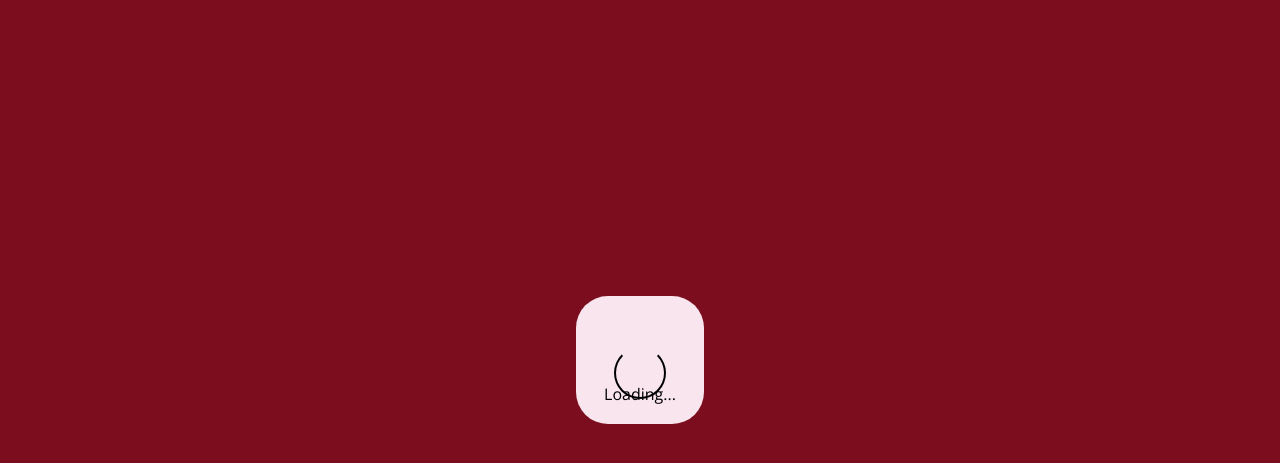
Repository: EguJaredoBoyd/Jared-Quote-Generator
Page: index.html
The author's editor kept a copy of each file at every save. The page is drawn from the files as they stood at one save, then again after the next save.
The browser window is 1280 px wide. The pictures show the whole page.
Some web libraries are served in a nearby version.

Above is the page before, as saved 2026-01-13 00:31:59.

### index.html
<!DOCTYPE html>
<html lang="en">
  <head>
    <meta charset="UTF-8" />
    <meta name="viewport" content="width=device-width, initial-scale=1.0" />
    <link rel="stylesheet" href="../css/style.css" />
    <link
      href="https://cdn.jsdelivr.net/npm/remixicon@4.8.0/fonts/remixicon.css"
      rel="stylesheet"
    />
    <link rel="preconnect" href="https://fonts.googleapis.com" />
    <link rel="preconnect" href="https://fonts.gstatic.com" crossorigin />
    <link
      href="https://fonts.googleapis.com/css2?family=Open+Sans:ital,wght@0,300..800;1,300..800&display=swap"
      rel="stylesheet"
    />
    <title>Document</title>
  </head>
  <body>
    <div class="loading-container">
      <main class="loading-wrapper">
        <div></div>
        <p>Loading...</p>
      </main>
    </div>
  </body>
</html>

### css/style.css
* {
  margin: 0;
  padding: 0;
  box-sizing: border-box;

  /* outline: 1px solid blue; */
}

:root {
  --background-color: #7b0d1e;
  --card-color: #f8e5ee;
  --text-color: black;
  --button-color: #7b0d1e;
}

html {
  font-size: 16px;
}

.lighter-theme {
  --background-color: #f8e5ee;
  --card-color: #7b0d1e;
  --text-color: whitesmoke;
  --button-color: #f8e5ee;
}

/* Loading Page Styles */
.loading-container {
  display: flex;
  justify-content: center;
  align-items: center;
  height: 100vh;
}

.loading-wrapper {
  display: flex;
  flex-direction: column;
  align-items: center;
  justify-content: center;
  row-gap: 1rem;
  height: 8rem;
  width: 8rem;
  border-radius: 2rem;
  background-color: var(--card-color);
  color: var(--text-color);
}

.loading-wrapper div {
  height: 2rem;
  width: 2rem;
  border: 2px solid var(--text-color);
  padding: 1.5rem;
  border-radius: 50%;
  border-top: 2px solid transparent;
  transform: translateY(2rem);
  /* transition: transfrom 2s linear infinite; */
}

@keyframes rotate {
  0% {
    transform: rotate(0deg);
  }
  100% {
    transform: rotate(360deg);
  }
}

body {
  font-family: "Open Sans", sans-serif;
  background-color: var(--background-color);
  color: var(--text-color);
}

.container {
  height: 100vh;
  display: flex;
  flex-direction: column;
  justify-content: space-between;
  align-items: center;
}

header {
  display: flex;
  justify-content: flex-end;
  width: 100%;
}

header button {
  border: none;
  background: none;
  color: var(--card-color);
  font-size: larger;
  padding: 0.5rem;
}

.quote-container {
  display: flex;
  flex-direction: column;
  justify-content: space-evenly;
  align-items: center;
  height: 60vh;
  width: 100vw;
  max-width: 90vw;
  background-color: var(--card-color);
  border-radius: 1rem;
  position: relative;
}

.copy-alert {
  opacity: 0;
  top: 0;
  transform: translateY(0);
  position: absolute;
  font-size: 0.85rem;
  pointer-events: none;
  transition: all 0.3s ease;
}

.show {
  opacity: 1;
  transform: translateY(1rem);
}

.quote-container__copy {
  align-self: self-end;
  padding-right: 1rem;
}

.quote-container__copy button {
  background-color: var(--button-color);
  color: var(--card-color);
  border: none;
  border-radius: 1rem;
  padding: 0.2rem;
}

.quote-container__quotes {
  max-width: 100%;
  max-height: 100%;
}

.quote-container__quotes h3 {
  text-align: center;
}

.quote-container__quotes p {
  max-width: 100%;
  max-height: 40vh;
  overflow-y: auto;
  padding: 1rem 2rem;
  overflow-wrap: break-word;
  text-align: center;
}

.quote-container__quotes span {
  font-size: 1rem;
}

.quote-container__author {
  justify-self: end;
  padding-right: 1rem;
}

.quote-container__author h5 {
  font-weight: 300;
}

#quote-content,
#quote-author-id,
#m-dash {
  transition: opacity 0.3s ease-in-out;
}

.quote-container hr {
  width: 80%;
}

.quote-container__new--quote button {
  background-color: var(--button-color);
  color: var(--card-color);
  padding: 0.5rem;
  border: none;
  border-radius: 1rem;
  font-family: "Open Sans", sans-serif;
}

.footer__developer h6 {
  color: var(--card-color);
  font-weight: 300;
}

After the next save:
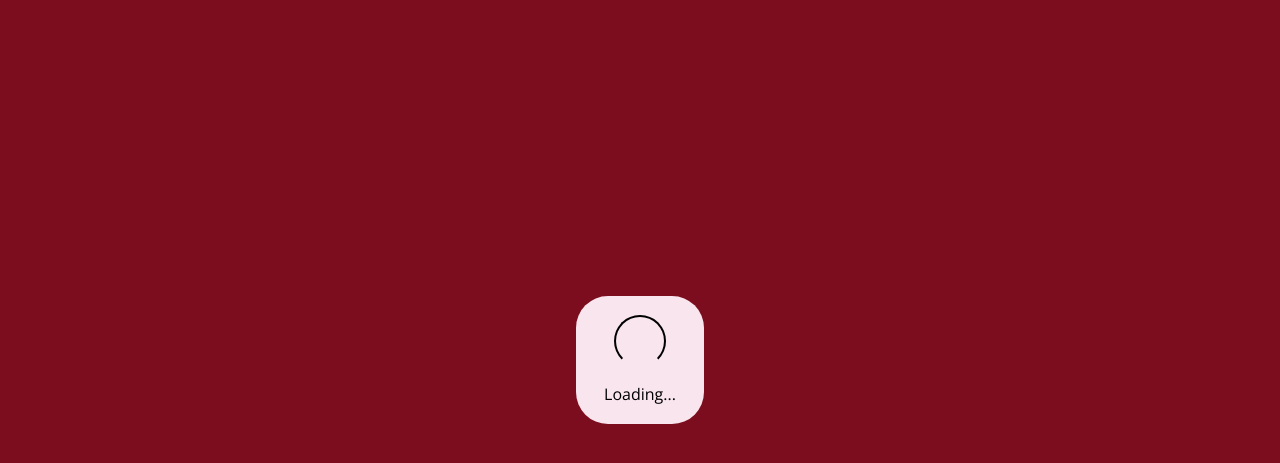
Saved 43 s later.
--- a/css/style.css
+++ b/css/style.css
@@ -52,8 +52,7 @@ html {
   padding: 1.5rem;
   border-radius: 50%;
   border-top: 2px solid transparent;
-  transform: translateY(2rem);
-  /* transition: transfrom 2s linear infinite; */
+  animation: rotate 2s linear infinite;
 }
 
 @keyframes rotate {
